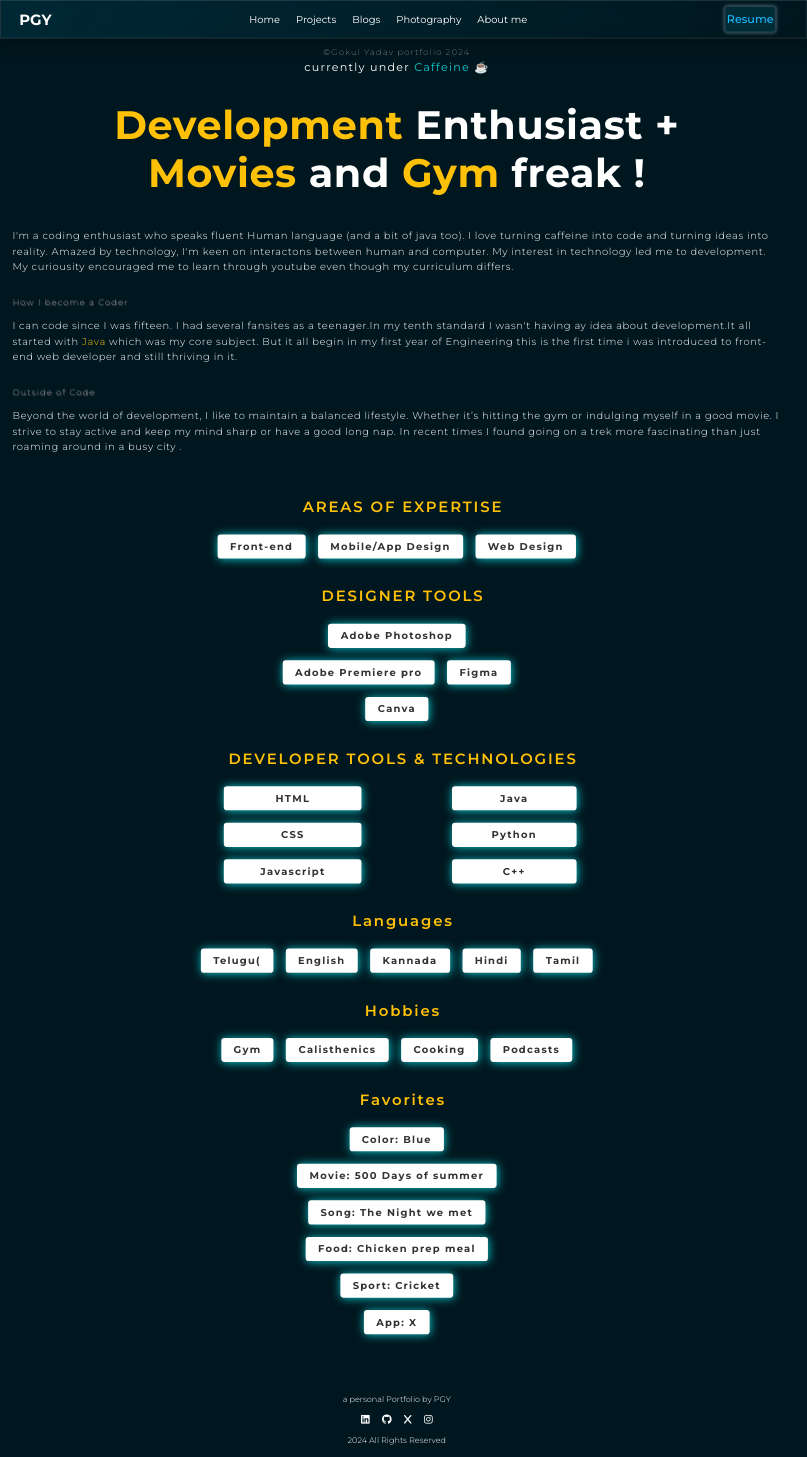
Repository: pgyunknown/pgyunknown
Page: aboutme.html
These files come from the project's save history. The page is drawn as it stood at one moment and after a run of saves; the edit follows.
The browser window is 1280 px wide. The page is 1302 px wide, so the pictures cover 1302 px, including what lies to the right of the window. The pictures show the whole page, at 62% of full size.
Some web libraries are served in a nearby version.

Above is the page before, as saved 2024-08-25 14:56:20.

After the next 3 saves:
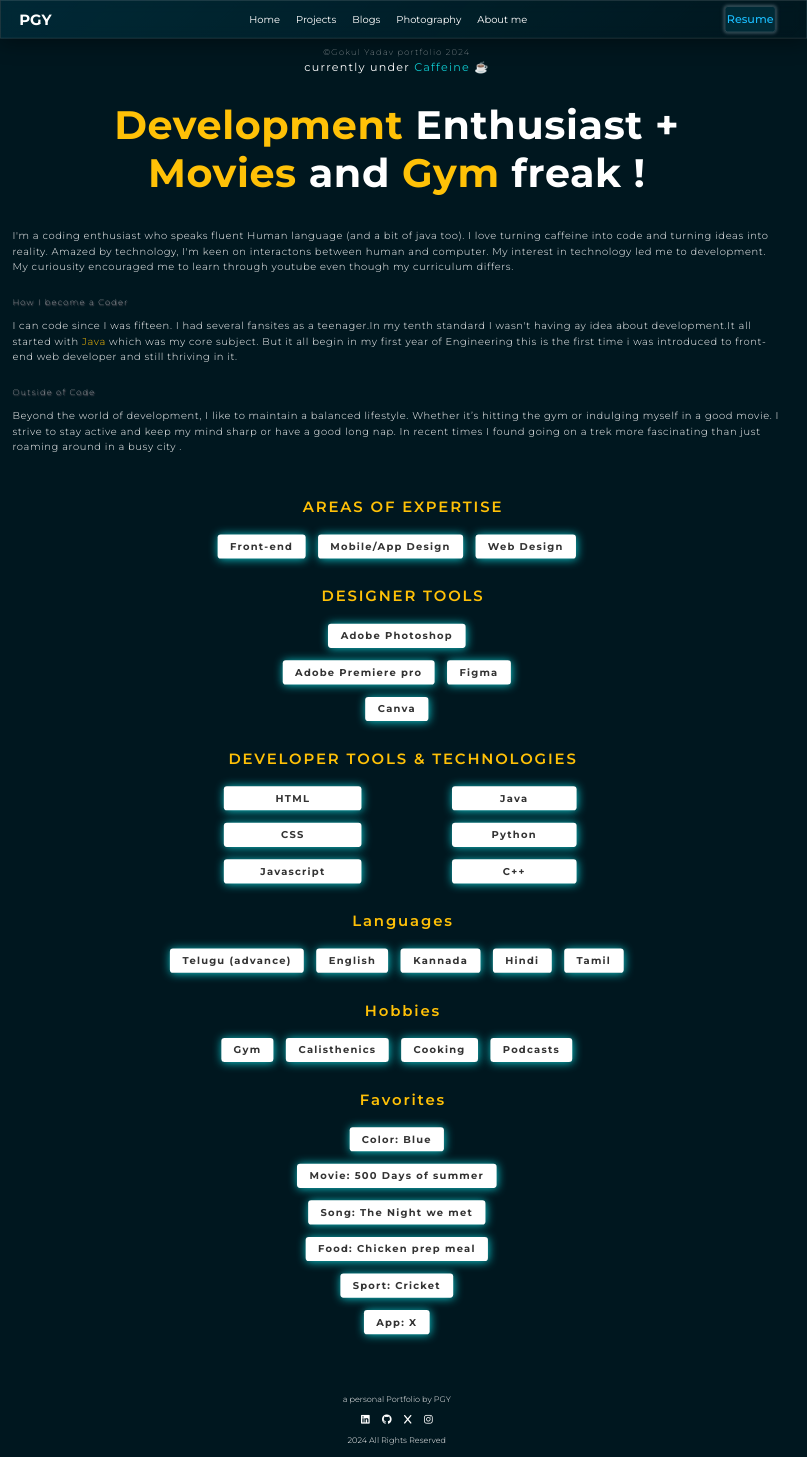
The 3 saves are shown as one change because they came seconds apart.
The last was saved 9 s later.
--- a/aboutme.html
+++ b/aboutme.html
@@ -109,7 +109,7 @@
         </div>
         <div class="areas">
             <ul>
-                    <li>Telugu(</li>
+                    <li>Telugu (advance)</li>
                     <li>English</li>
                     <li>Kannada</li>
                     <li>Hindi</li>
